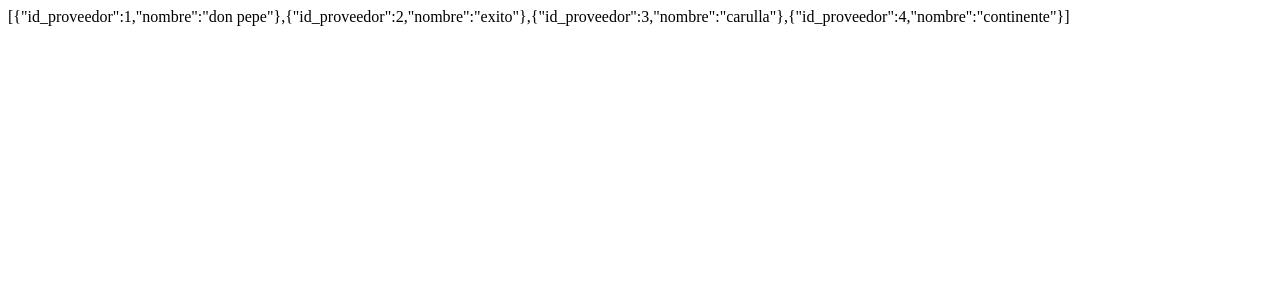
Repository: zayro/php_crud_angularjs_material
Page: http://localhost/backend/report1.php
The author's editor kept a copy of each file at every save. The page is drawn from the files as they stood at one save, then again after the next save.
The browser window is 1280 px wide. The pictures show the whole page.
The page is run by PHP 8.4 with error messages shown; the project is at /var/www/html/. The database holds what the project's SQL file puts in it.

Above is the page before, as saved 2017-05-05 10:17:50.

### backend/report1.php
<?php

require "conexion.php";

$conexion = new Conexion();


extract($_REQUEST);

$sql = "SELECT * FROM proveedor";

$query = $conexion->query($sql);

$results = $query->fetchAll(PDO::FETCH_ASSOC);

print json_encode($results);

### backend/conexion.php
<?php
session_start();

class Conexion extends PDO {

	private $tipo_de_base = "mysql";
	private $host = "localhost";
	private $nombre_de_base = "demo";
	private $usuario = "root";
	private $contrasena = "zayro";
	private $port = "3307";

	public function __construct() {
		try{

			parent::__construct($this->tipo_de_base.":host=".$this->host.";port=".$this->port.";dbname=".$this->nombre_de_base, $this->usuario, $this->contrasena);

		}
		catch(PDOException $e){

			echo "Ha surgido un error y no se puede conectar a la base de datos. Detalle: " . $e->getMessage();

			exit;

		}

	}

}

### demo.sql (the tables this page reads)
CREATE TABLE `proveedor` (
  `id_proveedor` int(11) NOT NULL AUTO_INCREMENT,
  `nombre` varchar(255) DEFAULT NULL,
  PRIMARY KEY (`id_proveedor`)
) ENGINE=InnoDB AUTO_INCREMENT=5 DEFAULT CHARSET=utf8;

INSERT INTO `proveedor` VALUES ('1', 'don pepe');

INSERT INTO `proveedor` VALUES ('2', 'exito');

INSERT INTO `proveedor` VALUES ('3', 'carulla');

INSERT INTO `proveedor` VALUES ('4', 'continente');

After the next save:
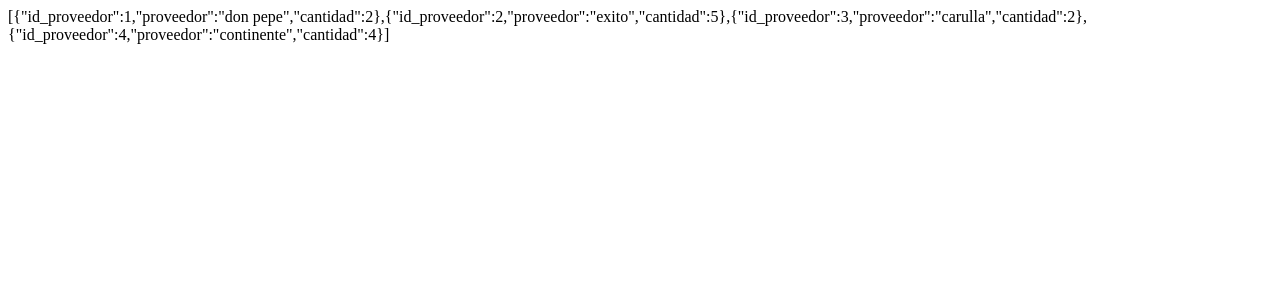
Saved 11 min 22 s later.
--- a/backend/report1.php
+++ b/backend/report1.php
@@ -7,7 +7,14 @@ $conexion = new Conexion();
 
 extract($_REQUEST);
 
-$sql = "SELECT * FROM proveedor";
+$sql = "SELECT
+bodega.id_proveedor,
+proveedor.nombre AS proveedor,
+COUNT(bodega.cantidad) as cantidad
+FROM
+bodega
+INNER JOIN proveedor ON bodega.id_proveedor = proveedor.id_proveedor
+GROUP BY bodega.id_proveedor";
 
 $query = $conexion->query($sql);
 
